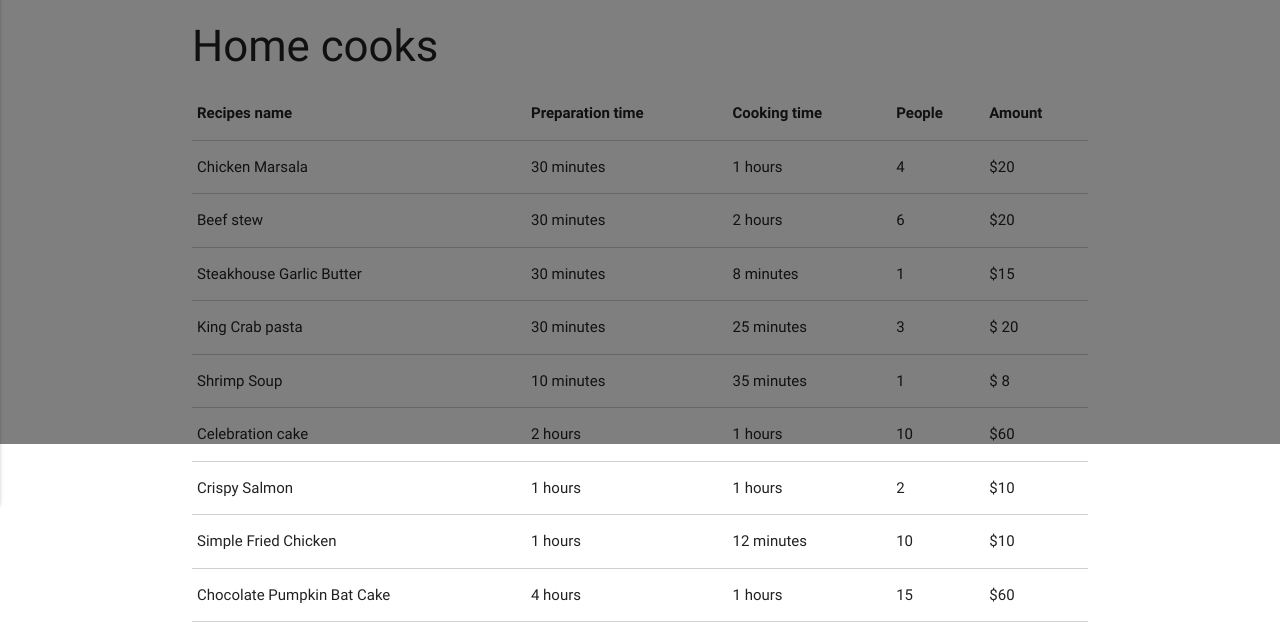
Repository: eazeldon/project-recipes-online-3
Page: http://localhost/statistic
The author's editor kept a record of every edit. The page is drawn from the files as they stood at one moment, then again after the next edit.
The browser window is 1280 px wide. The pictures show the part of the page from y = 276 to 935 px (the page is 898 px tall before and 935 px after).
Some web libraries are served in a nearby version. The page is served by the project's application, run on Flask 3 (app.py).

Above is the page before.

After the next edit:
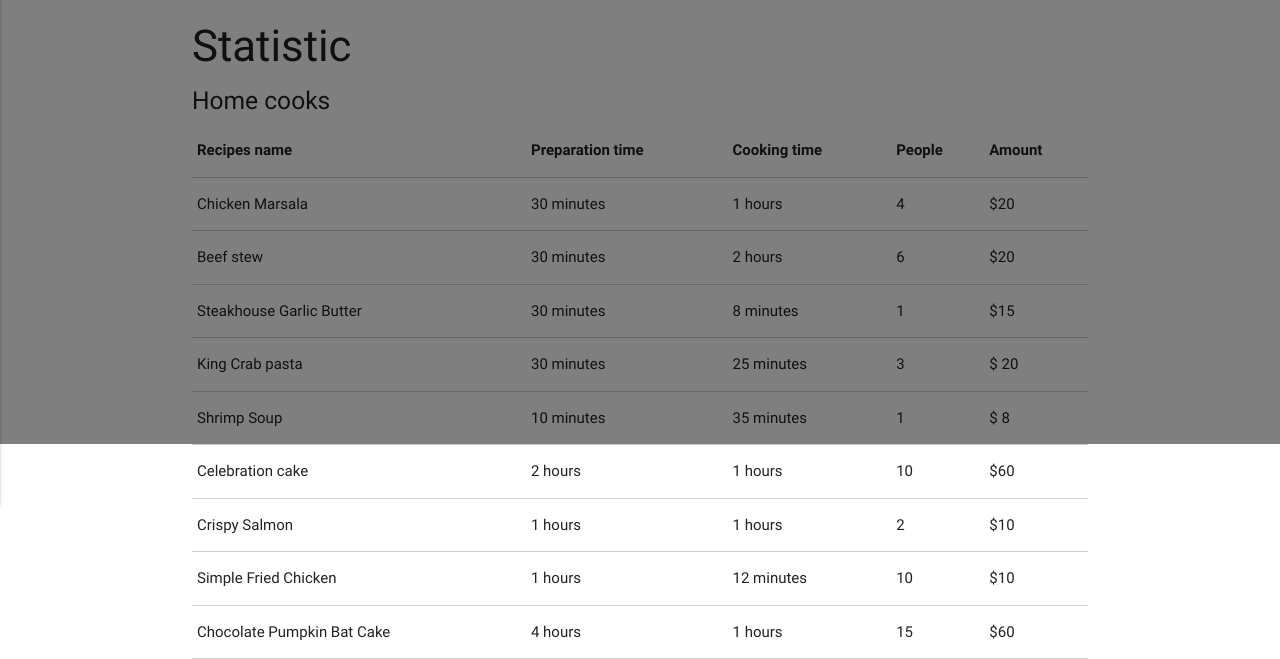
The edit:
--- a/templates/statistic.html
+++ b/templates/statistic.html
@@ -1,6 +1,6 @@
 {% extends 'base.html' %} {% block content %}
-
-<h3>Home cooks</h3>
+<h3>Statistic</h3>
+<h5>Home cooks</h5>
 
   <table class="bordered">
         <thead>
